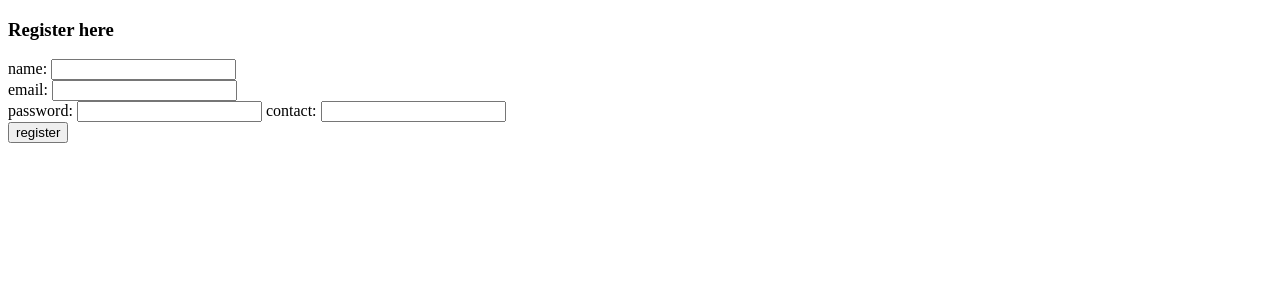
Repository: deepak-bisen/Spring
Page: MVCDesign/src/main/webapp/register.html
These files come from the project's save history. The page is drawn as it stood at one moment and after the next save; the edit follows.
The browser window is 1280 px wide. The pictures show the whole page.

Above is the page before, as saved 2025-06-30 19:20:02.

### MVCDesign/src/main/webapp/register.html
<!DOCTYPE html>
<html>
<head>
<meta charset="UTF-8">
<title>Insert title here</title>
</head>
<body>
<h3>Register here</h3>
<form action="regForm" method ="post">
name: <input type="text" name ="name1"/><br>
email: <input type="text" name ="email1"/> <br>
password: <input type="text" name ="password1"/>
contact: <input type="text" name ="contact1"/>
</form>

<input type="submit" value="register"/>
</body>
</html>

After the next save:
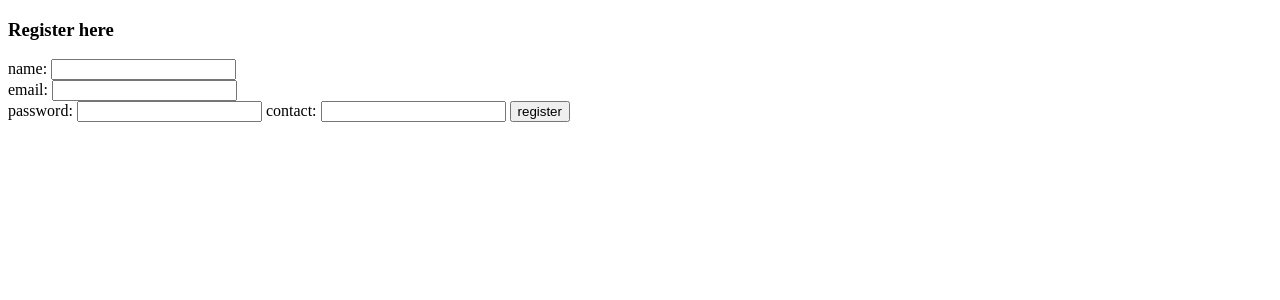
Saved 17 s later.
--- a/MVCDesign/src/main/webapp/register.html
+++ b/MVCDesign/src/main/webapp/register.html
@@ -5,14 +5,12 @@
 <title>Insert title here</title>
 </head>
 <body>
-<h3>Register here</h3>
-<form action="regForm" method ="post">
-name: <input type="text" name ="name1"/><br>
-email: <input type="text" name ="email1"/> <br>
-password: <input type="text" name ="password1"/>
-contact: <input type="text" name ="contact1"/>
-</form>
-
-<input type="submit" value="register"/>
+	<h3>Register here</h3>
+	<form action="regForm" method="post">
+		name: <input type="text" name="name1" /><br> email: <input
+			type="text" name="email1" /> <br> password: <input type="text"
+			name="password1" /> contact: <input type="text" name="contact1" /> <input
+			type="submit" value="register" />
+	</form>
 </body>
 </html>
